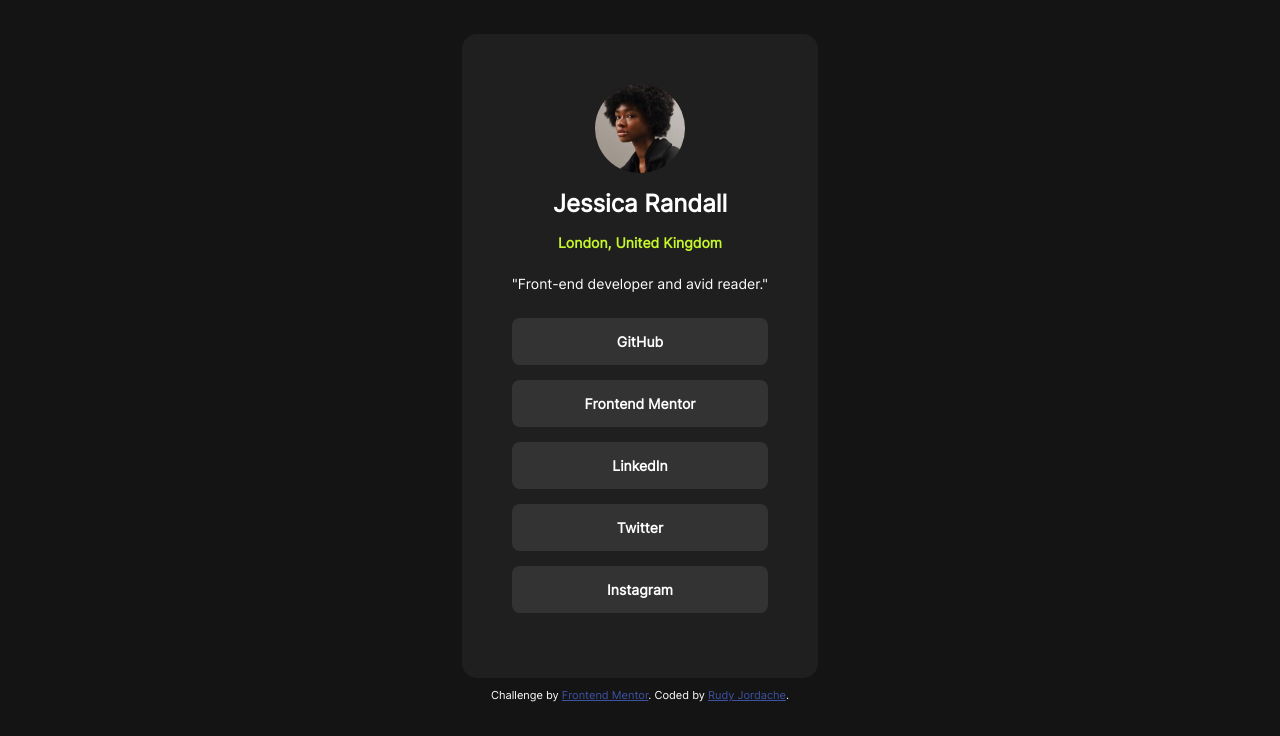
Repository: RudyJ/social-links-profile
Page: index.html
An editor plug-in stored every save of this project. The page is shown before and after the next save, followed by the edit.
The browser window is 1280 px wide. The pictures show the whole page.

Above is the page before, as saved 2024-04-02 20:15:49.

After the next save:
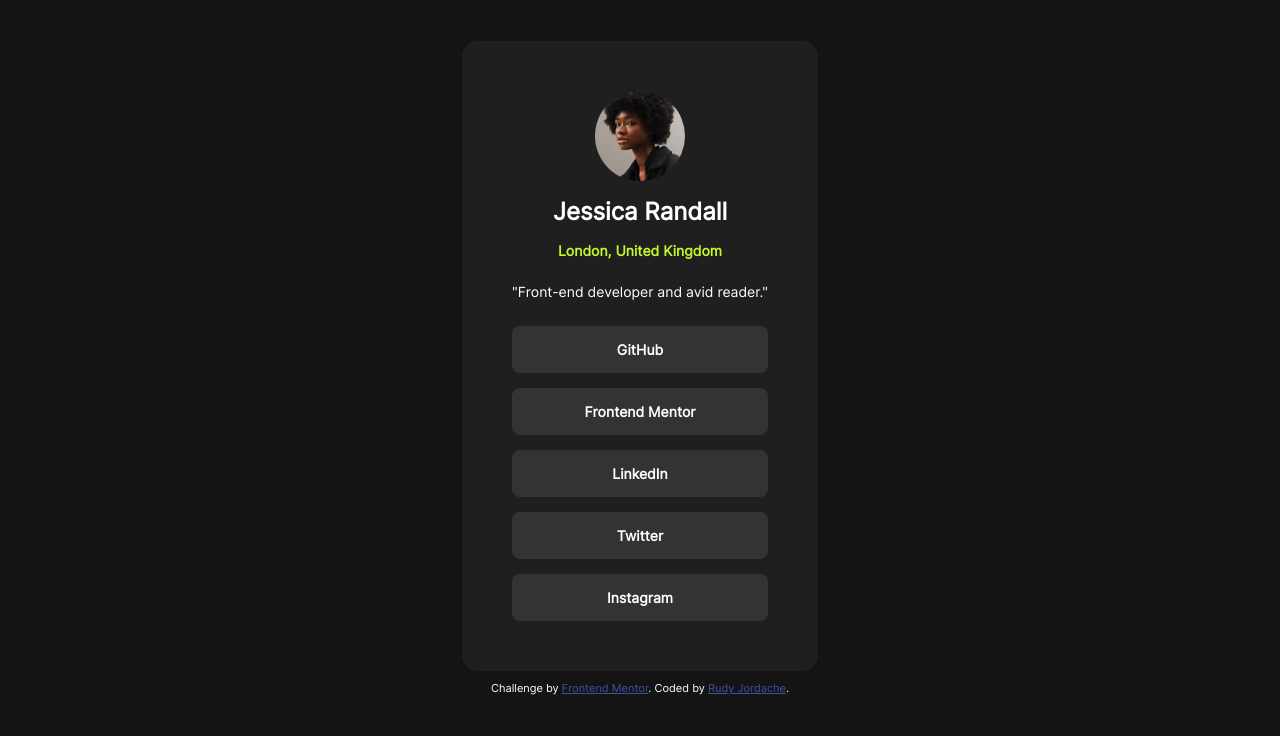
Saved 118 s later.
--- a/assets/css/style.css
+++ b/assets/css/style.css
@@ -22,7 +22,7 @@ body {
 
 body .card {
     background-color: hsl(0, 0%, 12%);
-    padding:  50px;
+    padding:  50px 50px 35px 50px;
     box-sizing: border-box;
     border-radius: 15px;
     text-align: center;
